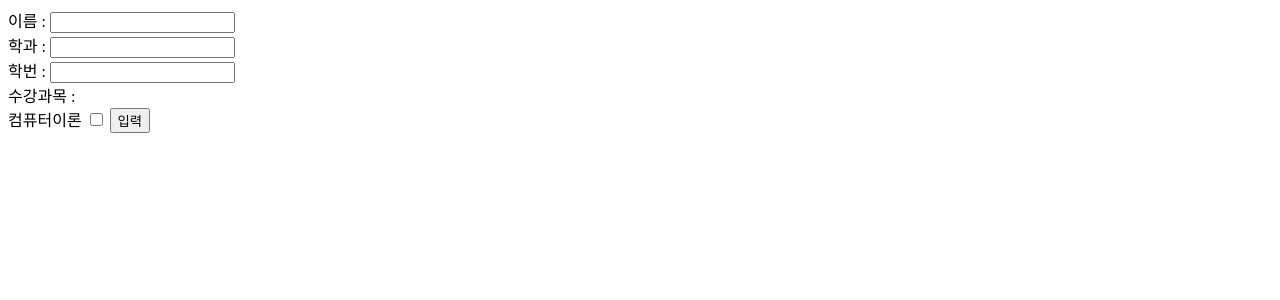
Repository: GitOnibi/jsp
Page: http://localhost/JSPprojec/school/stu_input.jsp
These files come from the project's save history. The page is drawn as it stood at one moment and after the next save; the edit follows.
The browser window is 1280 px wide. The pictures show the whole page.
The page is served by Tomcat 9.

Above is the page before, as saved 2019-01-07 12:52:40.

After the next save:
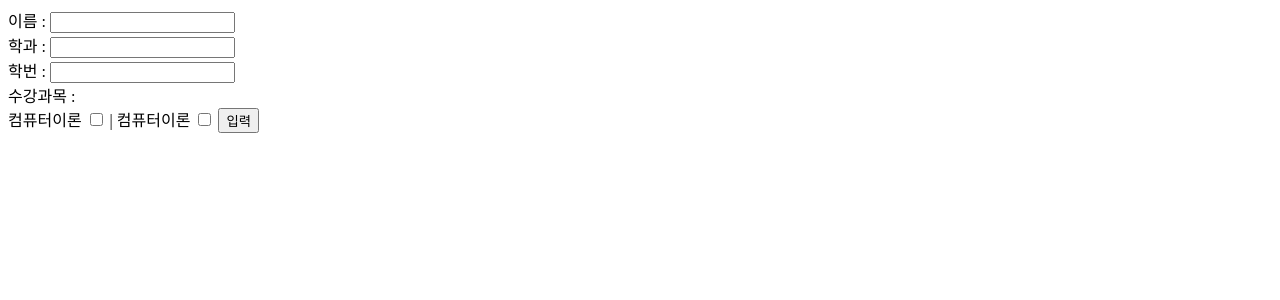
Saved 30 s later.
--- a/JSPprojec/WebContent/school/stu_input.jsp
+++ b/JSPprojec/WebContent/school/stu_input.jsp
@@ -11,7 +11,7 @@
 		학과 : <input type="text" name="dep_name" id="dep_name"/><br />
 		학번 : <input type="number" name="stu_num" id="stu_num"/><br />
 		수강과목 : <br />
-		컴퓨터이론 <input type="checkbox" name="dep_ck" id="dep_ck"/>
+		컴퓨터이론 <input type="checkbox" name="dep_ck" id="dep_ck"/> | 컴퓨터이론 <input type="checkbox" name="dep_ck" id="dep_ck"/>
 		<input type="submit" value="입력"/>
 	</form>
 </body>
